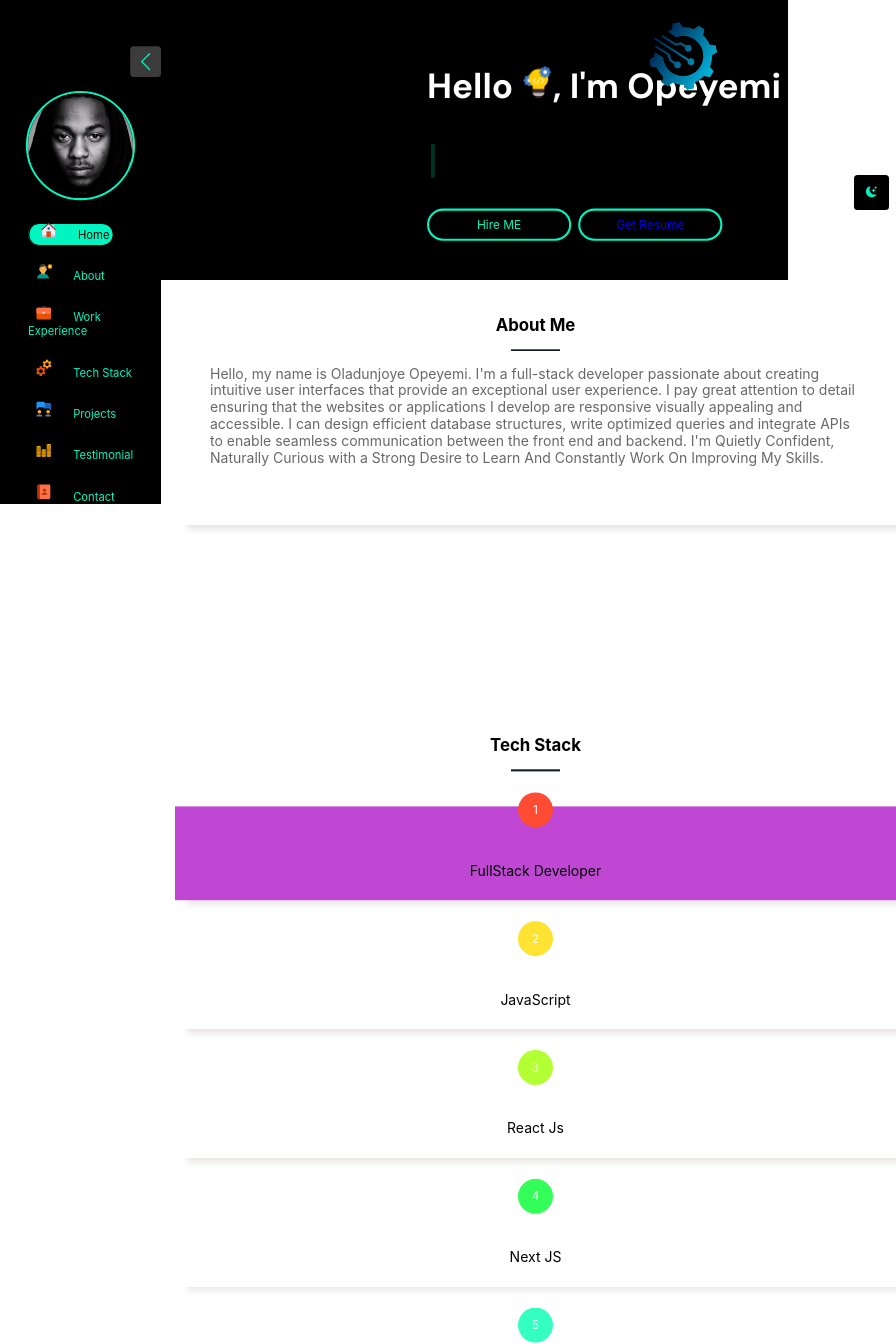
Repository: Laoye99/portfolio
Page: /
The author's editor kept a copy of each file at every save. The page is drawn from the files as they stood at one save, then again after the next save.
The browser window is 1280 px wide. The pictures show the part of the page from y = 0 to 1920 px (the page is 2877 px tall), at 70% of full size.
The project was rebuilt for these pictures with package versions that can differ from the ones it lists, and the page was loaded fresh each time. Imported but missing from the stored project, and not drawn on this page: src/components/Home/MyResume.pdf.

Above is the page before, as saved 2024-02-15 14:22:31.

After the next save:
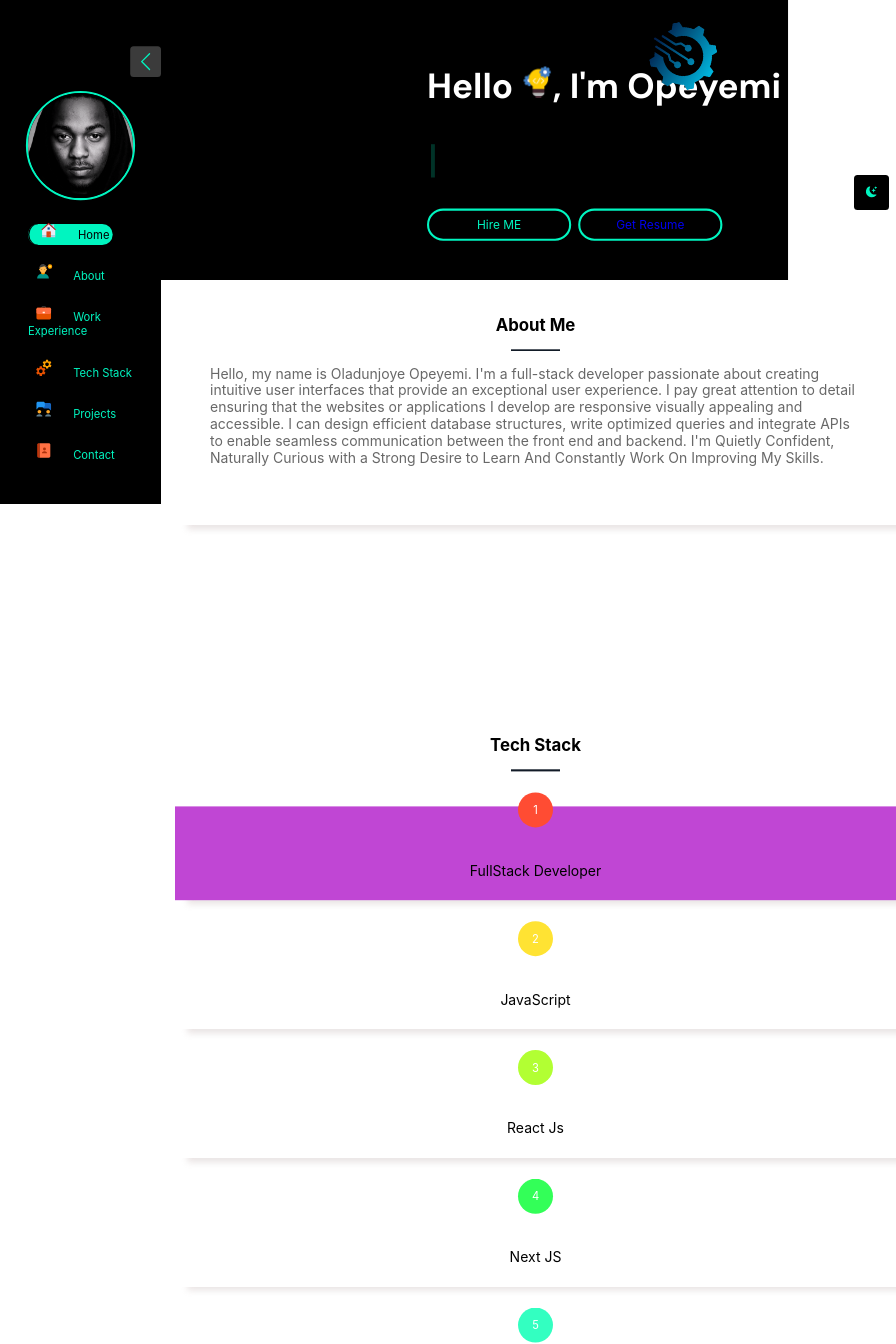
Saved 17 s later.
--- a/src/components/SideNav/SidebarList.js
+++ b/src/components/SideNav/SidebarList.js
@@ -75,11 +75,6 @@ return(
                 offset={-100}
               >
                 <FcCollaboration size={25} /> Projects
-              </Link>
-            </li>
-            <li className="nav-item">
-              <Link>
-                <FcSalesPerformance size={25} /> Testimonial
               </Link>
             </li>
             <li className="nav-item">
